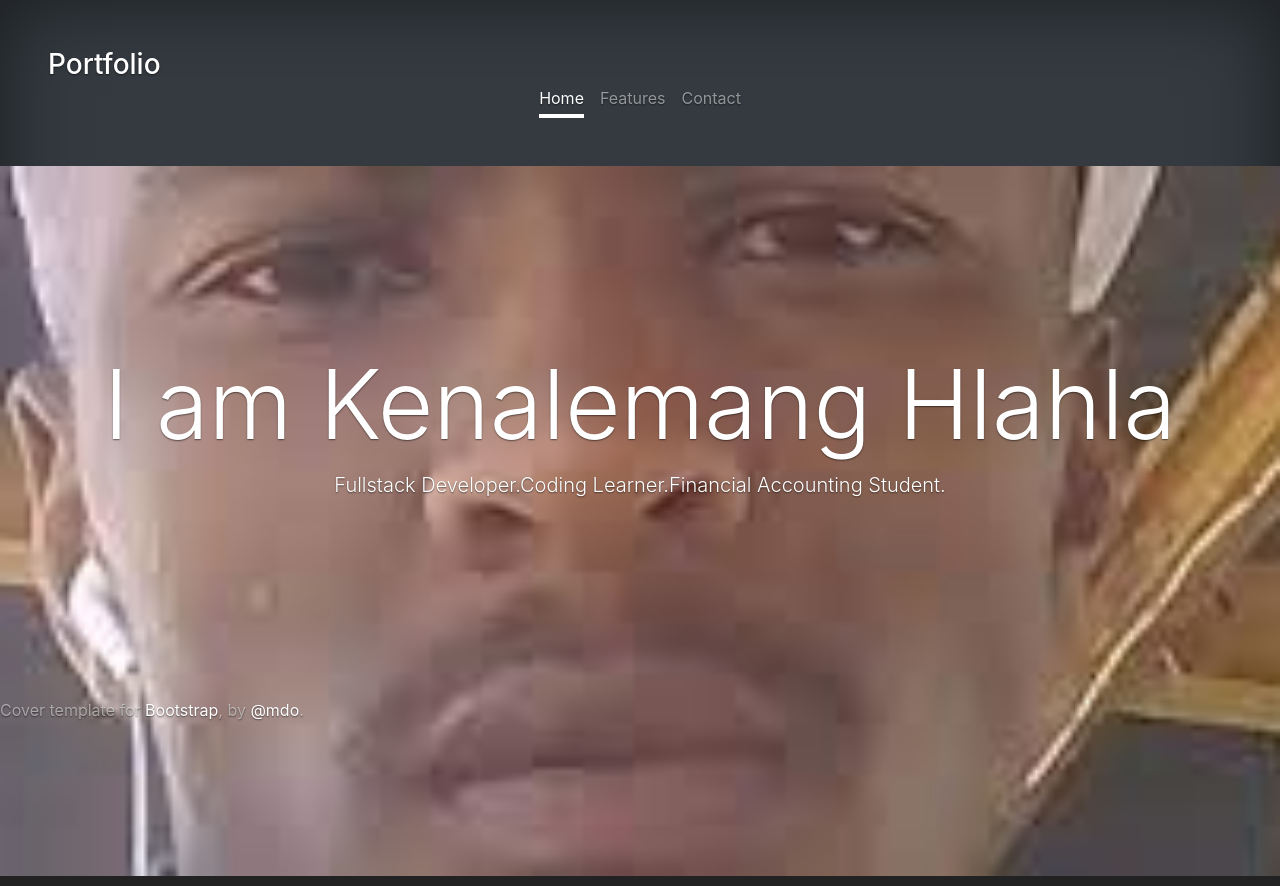
Repository: Shlahla48/zaio-bootstrap-portfolio
Page: index.html
These files come from the project's save history. The page is drawn as it stood at one moment and after the next save; the edit follows.
The browser window is 1280 px wide. The pictures show the whole page.

Above is the page before, as saved 2022-10-10 17:31:49.

After the next save:
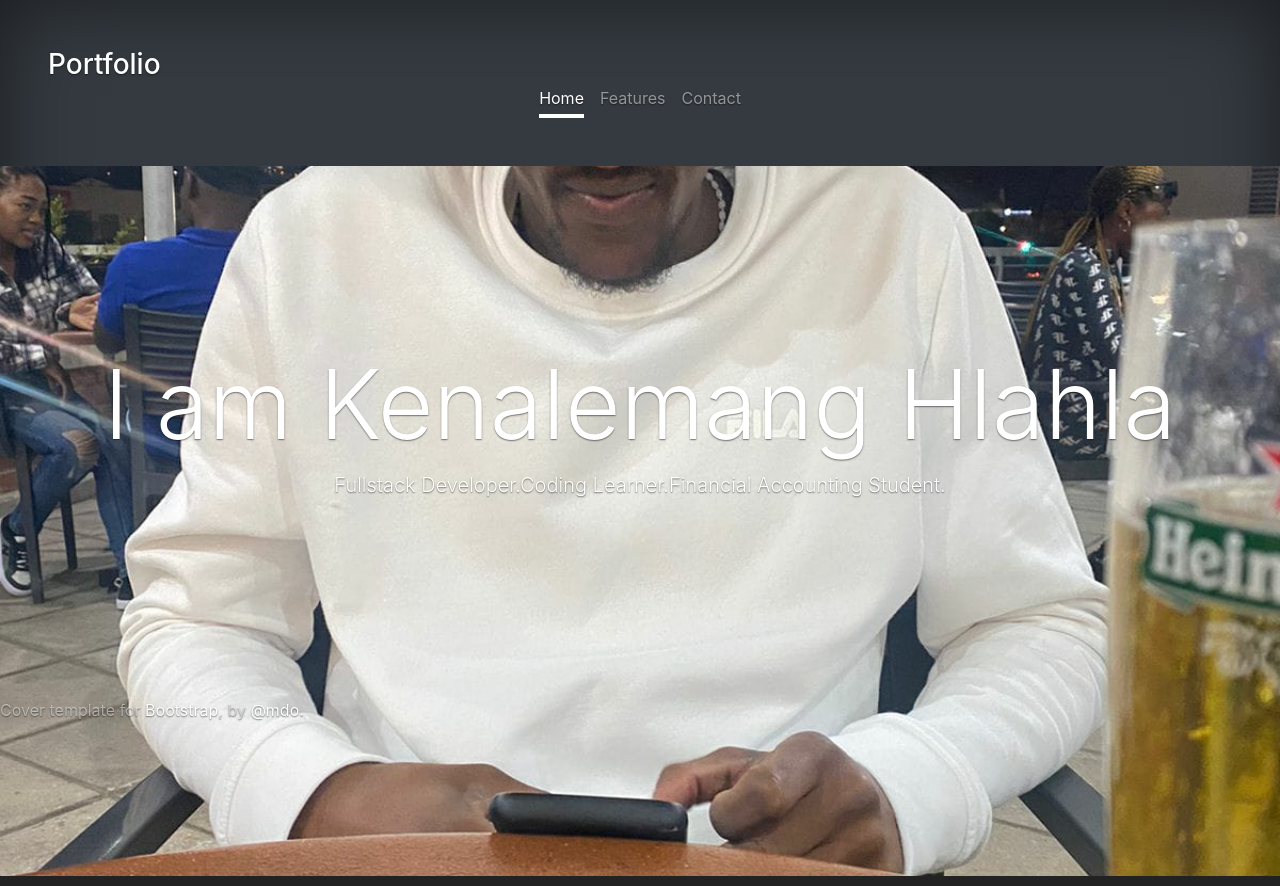
Saved 7 min 32 s later.
--- a/style.css
+++ b/style.css
@@ -33,7 +33,7 @@ body {
  */
 
  .banner-wrap {
-  background-image: url(./assets/bannerimage.jfif);
+  background-image: url(./assets/bannerimg.jpeg);
   background-size: cover;
   background-repeat: no-repeat;
   background-position: center;
